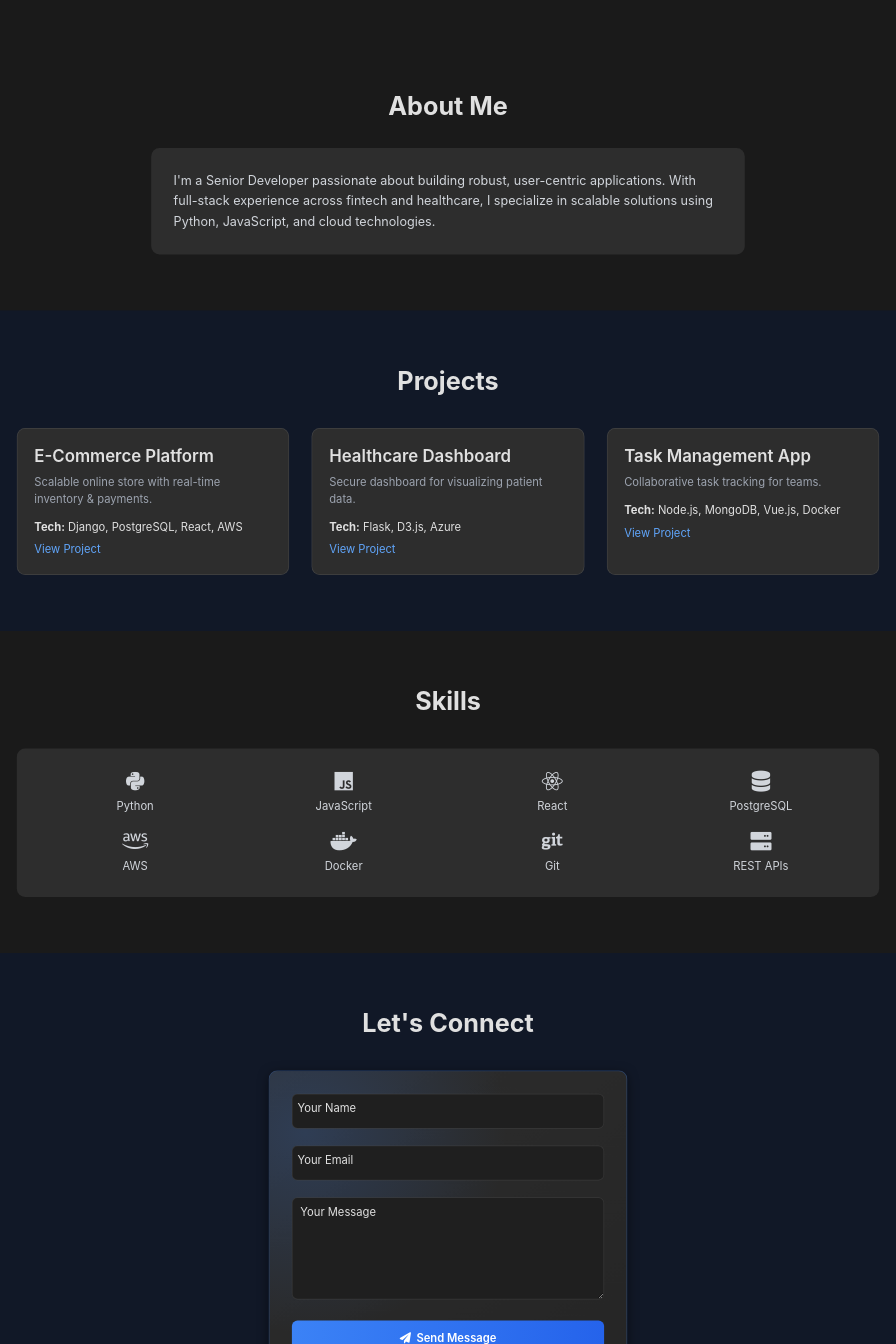
Repository: Sugaam0/Portfolio
Page: portfolio/home/templates/home/index.html
The author's editor kept a copy of each file at every save. The page is drawn from the files as they stood at one save, then again after the next save.
The browser window is 1280 px wide. The pictures show the part of the page from y = 669 to 2589 px (the page is 2831 px tall before and 2802 px after), at 70% of full size.
The template is drawn by Django 5.2. The application's start-up code is not run. Other server files are loaded and not shown. The template is opened directly, without the code that normally fills it, so the values that code supplies are empty.

Above is the page before, as saved 2025-05-08 17:18:57.

### portfolio/home/templates/home/index.html
{% load static %}
<!DOCTYPE html>
<html lang="en">
<head>
  <meta charset="UTF-8" />
  <meta name="viewport" content="width=device-width, initial-scale=1.0"/>
  <title>| Sugam Acharya |</title>
  <link href="https://cdn.jsdelivr.net/npm/tailwindcss@2.2.19/dist/tailwind.min.css" rel="stylesheet"/>
  <link rel="stylesheet" href="https://cdnjs.cloudflare.com/ajax/libs/font-awesome/6.0.0-beta3/css/all.min.css"/>
  <link rel="stylesheet" href="{% static 'css/style.css' %}">
</head>
<body class="antialiased scroll-smooth">

{% include 	"home/navbar.html" %}
<!-- Hero Section -->
<section id="home" class="min-h-screen flex items-center justify-center pt-20">
  <div class="container mx-auto px-6 text-center">
    <h1 class="text-5xl font-bold mb-4">Aspiring Full-Stack Developer</h1>
    <p class="text-lg text-accent mb-4">
      <span id="typed-text" class="font-semibold">Building the web one line at a time.</span>
    </p>
    <p class="text-xl text-secondary mb-6">
      Eager to build innovative digital experiences and grow through hands-on projects and collaboration.
    </p>
    <p class="text-md text-secondary mb-8">
      Recently completed training in modern web technologies including Python, JavaScript, and Java.
    </p>
    <a href="#projects" class="btn-accent px-6 py-3 rounded-lg font-semibold">Explore My Work</a>
  </div>
</section>

<!-- About Section -->
<section id="about" class="py-20">
  <div class="container mx-auto px-6 max-w-4xl">
    <h2 class="text-4xl font-bold text-center mb-10">About Me</h2>
    <div class="section-bg p-8">
      <p class="text-lg leading-relaxed text-gray-300">
        I'm a Senior Developer passionate about building robust, user-centric applications. With full-stack experience across fintech and healthcare, I specialize in scalable solutions using Python, JavaScript, and cloud technologies.
      </p>
    </div>
  </div>
</section>

<!-- Projects -->
<section id="projects" class="py-20 bg-gray-900">
  <div class="container mx-auto px-6">
    <h2 class="text-4xl font-bold text-center mb-12">Projects</h2>
    <div class="grid grid-cols-1 md:grid-cols-2 lg:grid-cols-3 gap-8">
      <!-- Project Cards -->
      <div class="project-card section-bg p-6">
        <h3 class="text-2xl font-semibold mb-2">E-Commerce Platform</h3>
        <p class="text-gray-400 mb-4">Scalable online store with real-time inventory & payments.</p>
        <p><strong>Tech:</strong> Django, PostgreSQL, React, AWS</p>
        <a href="#" class="text-blue-400 hover:underline mt-2 inline-block">View Project</a>
      </div>
      <div class="project-card section-bg p-6">
        <h3 class="text-2xl font-semibold mb-2">Healthcare Dashboard</h3>
        <p class="text-gray-400 mb-4">Secure dashboard for visualizing patient data.</p>
        <p><strong>Tech:</strong> Flask, D3.js, Azure</p>
        <a href="#" class="text-blue-400 hover:underline mt-2 inline-block">View Project</a>
      </div>
      <div class="project-card section-bg p-6">
        <h3 class="text-2xl font-semibold mb-2">Task Management App</h3>
        <p class="text-gray-400 mb-4">Collaborative task tracking for teams.</p>
        <p><strong>Tech:</strong> Node.js, MongoDB, Vue.js, Docker</p>
        <a href="#" class="text-blue-400 hover:underline mt-2 inline-block">View Project</a>
      </div>
    </div>
  </div>
</section>

<!-- Skills -->
<section id="skills" class="py-20">
  <div class="container mx-auto px-6">
    <h2 class="text-4xl font-bold text-center mb-12">Skills</h2>
    <div class="section-bg p-8 grid grid-cols-2 md:grid-cols-4 gap-6 text-center text-gray-300">
      <div><i class="fab fa-python text-3xl mb-2 icon-hover"></i><p>Python</p></div>
      <div><i class="fab fa-js text-3xl mb-2 icon-hover"></i><p>JavaScript</p></div>
      <div><i class="fab fa-react text-3xl mb-2 icon-hover"></i><p>React</p></div>
      <div><i class="fas fa-database text-3xl mb-2 icon-hover"></i><p>PostgreSQL</p></div>
      <div><i class="fab fa-aws text-3xl mb-2 icon-hover"></i><p>AWS</p></div>
      <div><i class="fab fa-docker text-3xl mb-2 icon-hover"></i><p>Docker</p></div>
      <div><i class="fab fa-git text-3xl mb-2 icon-hover"></i><p>Git</p></div>
      <div><i class="fas fa-server text-3xl mb-2 icon-hover"></i><p>REST APIs</p></div>
    </div>
  </div>
</section>

<!-- Contact Section -->
<section id="contact" class="py-20 bg-gray-900">
  <div class="container mx-auto px-6">
    <h2 class="text-4xl font-bold text-center mb-12">Let's Connect</h2>
    <div class="contact-form p-8 max-w-lg mx-auto rounded-xl">
      <form action="{% url 'contact' %}" method="POST">
        {% csrf_token %}
        <div class="mb-6 relative">
          <input type="text" id="name" name="name" class="form-input w-full p-3 rounded-lg peer" placeholder=" " required>
          <label for="name" class="form-label absolute left-2 top-2 text-secondary">Your Name</label>
        </div>
        <div class="mb-6 relative">
          <input type="email" id="email" name="email" class="form-input w-full p-3 rounded-lg peer" placeholder=" " required>
          <label for="email" class="form-label absolute left-2 top-2 text-secondary">Your Email</label>
        </div>
        <div class="mb-6 relative">
          <textarea id="message" name="message" rows="5" class="form-input w-full p-3 rounded-lg peer" placeholder=" " required></textarea>
          <label for="message" class="form-label absolute left-3 top-2 text-secondary">Your Message</label>
        </div>
        <button type="submit" class="btn-accent w-full py-3 rounded-lg font-semibold flex items-center justify-center gap-2">
          <i class="fas fa-paper-plane"></i> Send Message
        </button>
      </form>
    </div>
  </div>
</section>

<!-- Footer -->
{% include "home/footer.html" %}
</body>
</html>

### portfolio/home/templates/home/navbar.html
<!-- Navbar -->
<nav class="navbar fixed top-0 w-full z-50">
    <div class="container mx-auto px-6 py-5 flex justify-between items-center">
      <a href="{% url 'index' %}" class="logo text-white">Sugam Acharya</a>
      <div class="space-x-6 text-sm font-medium">
        <a href="#about" class="nav-link">About</a>
        <a href="#projects" class="nav-link">Projects</a>
        <a href="#skills" class="nav-link">Skills</a>
        <a href="#contact" class="nav-link">Contact</a>
      </div>
    </div>
  </nav>

### portfolio/home/templates/home/footer.html
<footer class="bg-gray-800 py-6">
    <div class="container mx-auto px-6 text-center text-gray-400">
      <p>© 2025 Sugam Acharya. All rights reserved.</p>
      <div class="flex justify-center space-x-6 mt-4">
        <a href="https://github.com/Sugaam0" class="icon-hover" target="_blank"><i class="fab fa-github text-2xl"></i></a>
        <a href="https://www.linkedin.com/in/sugam-acharya-b1059a23b/" class="icon-hover" target="_blank"><i class="fab fa-linkedin text-2xl"></i></a>
        <a href="https://x.com/gaam_su" class="icon-hover" target="_blank"><i class="fab fa-twitter text-2xl"></i></a>
      </div>
    </div>
  </footer>

### portfolio/home/static/css/style.css
:root {
    --bg-primary: #1a1a1a;
    --bg-secondary: #2d2d2d;
    --text-primary: #e0e0e0;
    --text-secondary: #a0a0a0;
    --accent: #3b82f6;
    --accent-dark: #2563eb;
  }

  body {
    background-color: var(--bg-primary);
    color: var(--text-primary);
    font-family: 'Inter', sans-serif;
  }

  .navbar {
    background: linear-gradient(to bottom, var(--bg-secondary), rgba(45, 45, 45, 0.95));
    backdrop-filter: blur(8px);
    box-shadow: 0 2px 5px rgba(0, 0, 0, 0.3);
  }

  .nav-link {
    position: relative;
    padding-bottom: 0.25rem;
    transition: color 0.3s ease;
  }

  .nav-link::after {
    content: '';
    position: absolute;
    width: 0;
    height: 2px;
    bottom: 0;
    left: 0;
    background-color: var(--accent);
    transition: width 0.3s ease;
  }

  .nav-link:hover::after {
    width: 100%;
  }

  .nav-link:hover {
    color: var(--accent);
  }

  .logo {
    font-size: 1.75rem;
    font-weight: 800;
    letter-spacing: 0.05em;
    transition: transform 0.3s ease, color 0.3s ease;
  }

  .logo:hover {
    transform: scale(1.05);
    color: var(--accent);
  }

  .section-bg {
    background-color: var(--bg-secondary);
    border-radius: 0.75rem;
    transition: background-color 0.3s ease;
  }

  .section-bg:hover {
    background-color: #353535;
  }

  .btn-accent {
    background: linear-gradient(to right, var(--accent), var(--accent-dark));
    color: white;
    position: relative;
    overflow: hidden;
    transition: background 0.3s ease;
  }

  .btn-accent::before {
    content: '';
    position: absolute;
    top: 0;
    left: -100%;
    width: 100%;
    height: 100%;
    background: linear-gradient(90deg, transparent, rgba(255, 255, 255, 0.2), transparent);
    transition: 0.5s;
  }

  .btn-accent:hover::before {
    left: 100%;
  }

  .btn-accent:hover {
    background: linear-gradient(to right, var(--accent-dark), var(--accent));
  }

  .project-card {
    transition: transform 0.3s ease, box-shadow 0.3s ease, border-color 0.3s ease;
    border: 1px solid rgba(255, 255, 255, 0.1);
  }

  .project-card:hover {
    transform: translateY(-6px);
    box-shadow: 0 6px 25px rgba(0, 0, 0, 0.6);
    border-color: var(--accent);
  }

  .icon-hover {
    transition: transform 0.3s ease, color 0.3s ease;
  }

  .icon-hover:hover {
    transform: scale(1.2);
    color: var(--accent);
  }

  /* Enhanced Contact Form Styles */
      .contact-form {
          background: linear-gradient(145deg, var(--bg-secondary), #252525);
          border: 1px solid rgba(59, 130, 246, 0.3);
          box-shadow: 0 4px 15px rgba(0, 0, 0, 0.5);
          position: relative;
          overflow: hidden;
      }

      .contact-form::before {
          content: '';
          position: absolute;
          top: 0;
          left: 0;
          width: 100%;
          height: 100%;
          background: radial-gradient(circle at 10% 20%, rgba(59, 130, 246, 0.2) 0%, transparent 50%);
          pointer-events: none;
      }

      .form-input {
          background-color: #1f1f1f;
          border: 1px solid rgba(255, 255, 255, 0.1);
          transition: border-color 0.3s ease, box-shadow 0.3s ease;
      }

      .form-input:focus {
          border-color: var(--accent);
          box-shadow: 0 0 8px rgba(59, 130, 246, 0.3);
          outline: none;
      }

      .form-label {
          transition: color 0.3s ease;
      }

      .form-input:focus + .form-label,
      .form-input:not(:placeholder-shown) + .form-label {
          color: var(--accent);
          transform: translateY(-1.5rem);
          font-size: 0.8rem;
      }

      ::selection {
          background: var(--accent);
          color: white;
      }

After the next save:
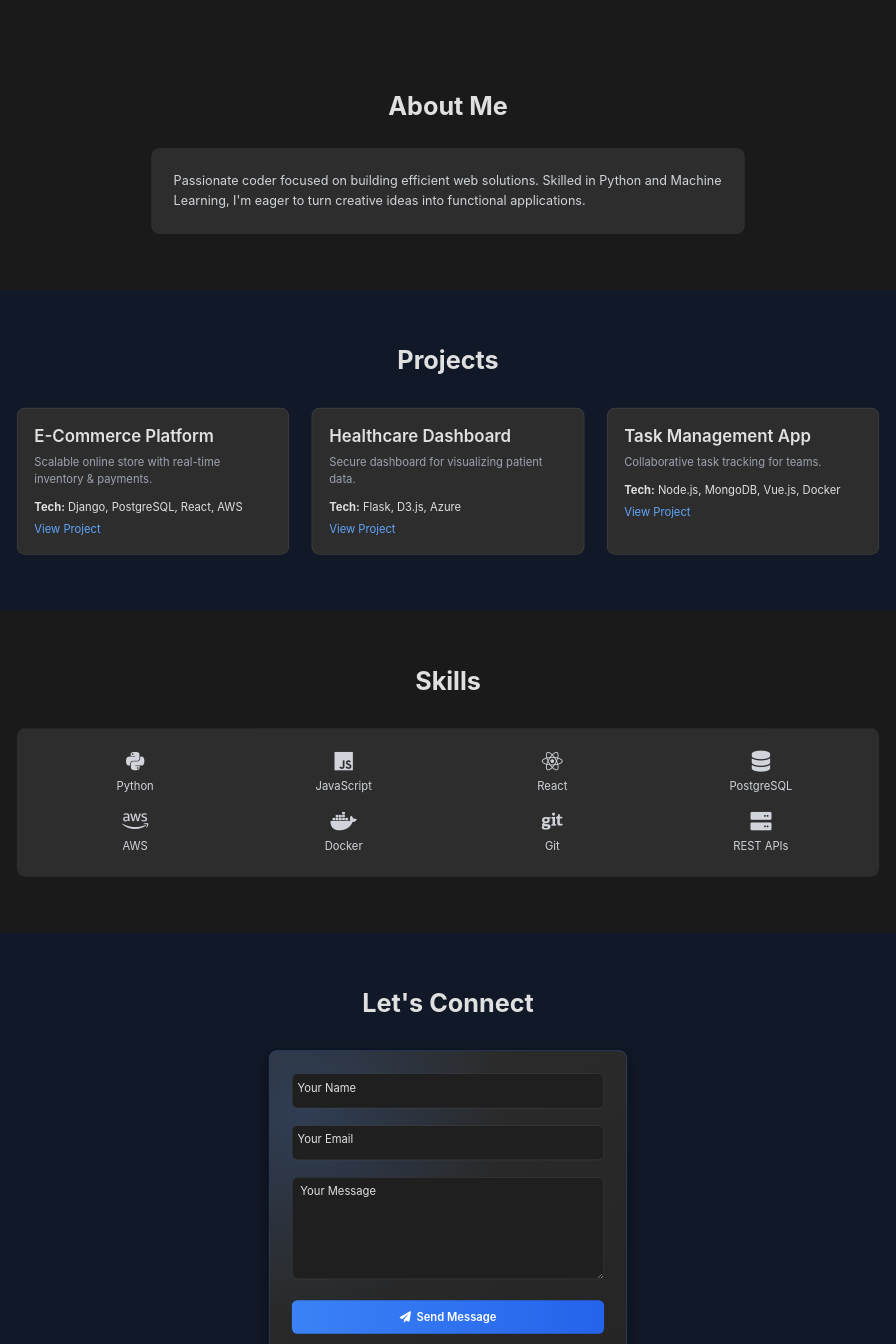
Saved 4 min 58 s later.
--- a/portfolio/home/templates/home/index.html
+++ b/portfolio/home/templates/home/index.html
@@ -35,7 +35,7 @@
     <h2 class="text-4xl font-bold text-center mb-10">About Me</h2>
     <div class="section-bg p-8">
       <p class="text-lg leading-relaxed text-gray-300">
-        I'm a Senior Developer passionate about building robust, user-centric applications. With full-stack experience across fintech and healthcare, I specialize in scalable solutions using Python, JavaScript, and cloud technologies.
+        Passionate coder focused on building efficient web solutions. Skilled in Python and Machine Learning, I'm eager to turn creative ideas into functional applications.
       </p>
     </div>
   </div>
